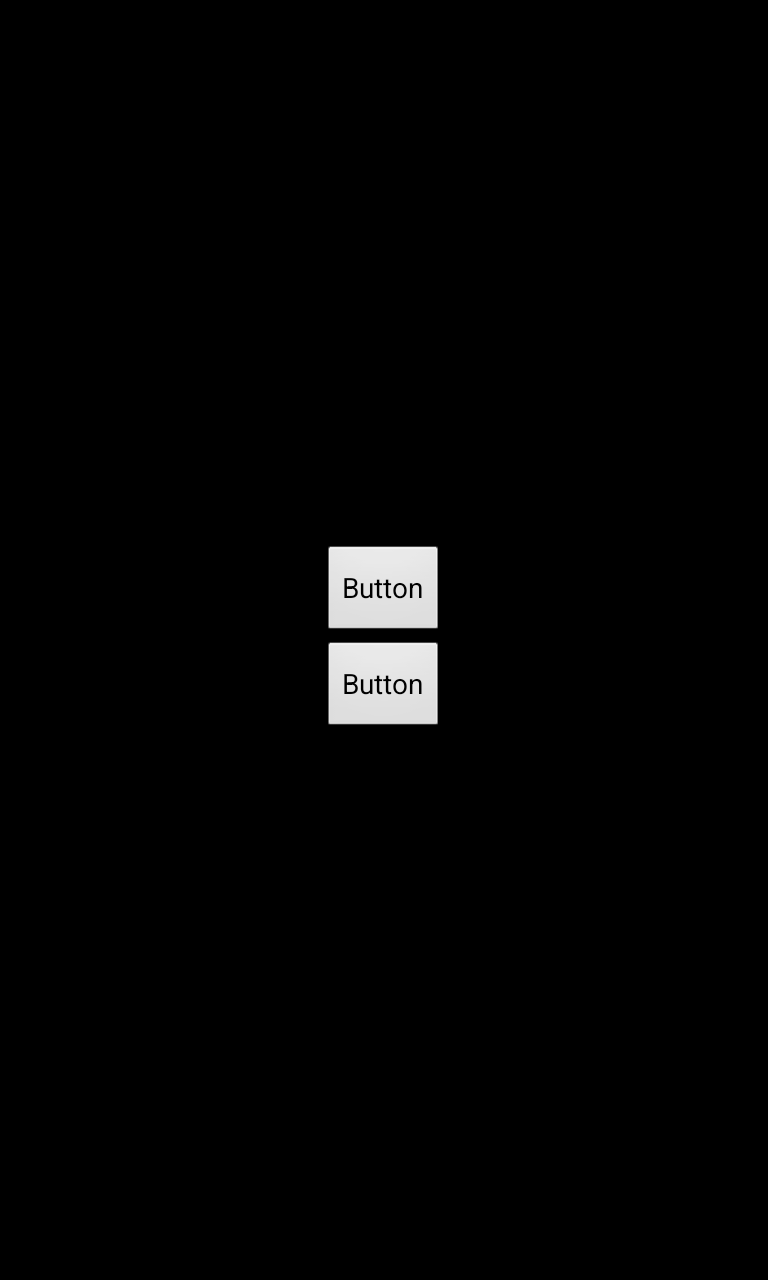
Repository: smartapps08/addteqtutorials
Layout: Basic Service Demo/res/layout/main.xml
These files come from the project's save history. The layout is drawn as it stood at one moment and after the next save; the edit follows.
It is drawn on a 768 x 1280 px phone screen (xhdpi) without system bars, with theme android:Theme; the app's code is not run.

Above is the layout before, as saved 2012-06-12 18:04:44.

### Basic Service Demo/res/layout/main.xml
<?xml version="1.0" encoding="utf-8"?>
<LinearLayout xmlns:android="http://schemas.android.com/apk/res/android"
    android:layout_width="fill_parent"
    android:layout_height="fill_parent"
    android:orientation="vertical"
    android:gravity="center" >

    <Button
        android:id="@+id/button1"
        android:layout_width="wrap_content"
        android:layout_height="wrap_content"
        android:text="Button" />

    <Button
        android:id="@+id/button2"
        android:layout_width="wrap_content"
        android:layout_height="wrap_content"
        android:text="Button" />

</LinearLayout>

After the next save:
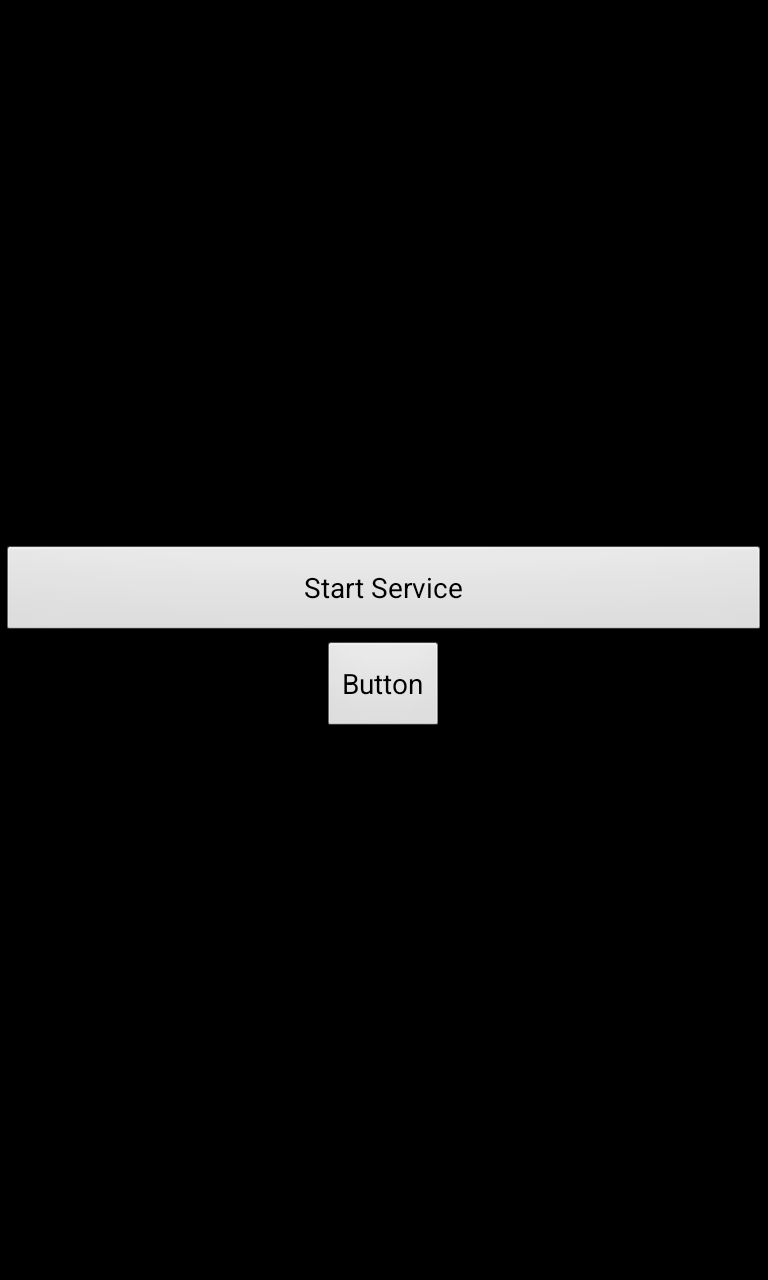
Saved 13 s later.
--- a/Basic Service Demo/res/layout/main.xml
+++ b/Basic Service Demo/res/layout/main.xml
@@ -7,9 +7,9 @@
 
     <Button
         android:id="@+id/button1"
-        android:layout_width="wrap_content"
+        android:layout_width="fill_parent"
         android:layout_height="wrap_content"
-        android:text="Button" />
+        android:text="Start Service" />
 
     <Button
         android:id="@+id/button2"
